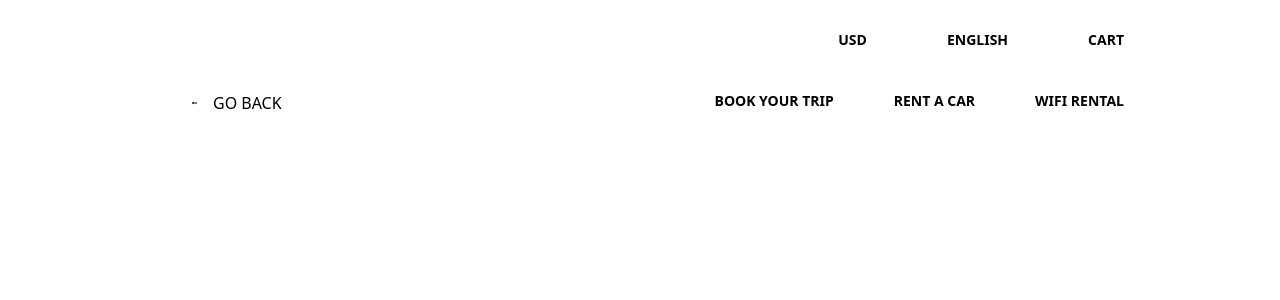
Repository: uh-sman/Iceland
Page: /
The author's editor kept a copy of each file at every save. The page is drawn from the files as they stood at one save, then again after the next save.
The browser window is 1280 px wide. The pictures show the whole page.
The project was rebuilt for these pictures with package versions that can differ from the ones it lists, and the page was loaded fresh each time.

Above is the page before, as saved 2022-09-08 21:11:42.

### src/App.js
import logo from "./logo.svg";
import "./App.css";
import { Topnav } from "./components/Topnav";
import { FullNav } from "./components/FullNav";

function App() {
  return (
    <div className="App">
      <FullNav />
    </div>
  );
}

export default App;

### src/components/Topnav.js
import React from "react";

export const Topnav = () => {
  return (
    <div className="container w-full py-[30px]">
      <nav className="absolute right-[156px]">
        <ul className="space-x-20 text-sm font-semibold">
          <a href="">USD</a>
          <a href="">ENGLISH</a>
          <a href="">CART</a>
        </ul>
      </nav>
    </div>
  );
};

### src/components/FullNav.jsx
import React from "react";
import { Bottomnav } from "./Bottomnav";
import { Topnav } from "./Topnav";

export const FullNav = () => {
  return (
    <div>
      <Topnav />
      <Bottomnav />
    </div>
  );
};

### src/components/Bottomnav.js
import React from "react";
import { FaLongArrowAltLeft } from "react-icons/fa";
export const Bottomnav = () => {
  return (
    <nav className="container w-full">
      <div className="py-[31px]">
        <div className="container">
          <h1 className="flex items-center gap-4 absolute left-[192px]">
            <FaLongArrowAltLeft className="w-[5px]" />
            <a className=" cursor-pointer font-light text-md">GO BACK</a>
          </h1>
        </div>
        <div className="container">
          <div className="absolute right-[156px]">
            <ul className="space-x-[60px] text-sm font-semibold cursor-pointer">
              <a>BOOK YOUR TRIP</a>
              <a>RENT A CAR</a>
              <a>WIFI RENTAL</a>
            </ul>
          </div>
        </div>
      </div>
    </nav>
  );
};

### tailwind.config.js
/** @type {import('tailwindcss').Config} */
module.exports = {
  content: ["./src/**/*.{html,js,jsx}"],
  theme: {
    screens: {
      sm: "480px",
      md: "768px",
      lg: "976px",
      xl: "1440px",
    },
    extend: {},
  },
  plugins: [],
};

Loaded but not shown: public/index.html (common file); src/index.js (common file); src/index.css (common file); src/App.css (common file)

After the next save:
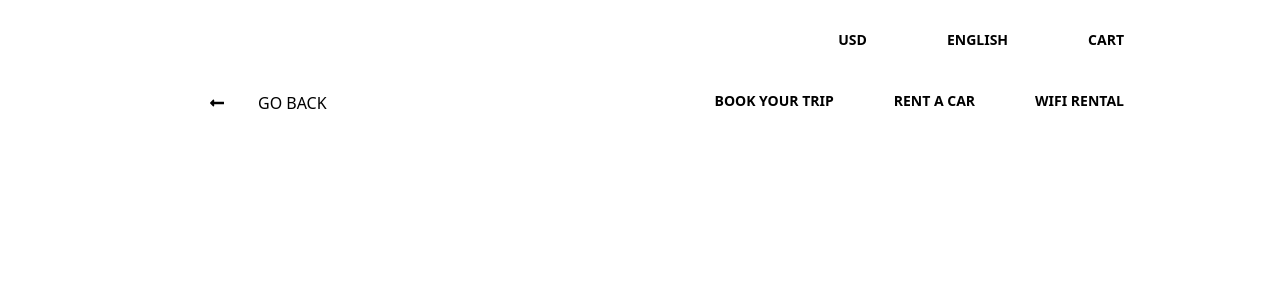
Saved 7 s later.
--- a/src/components/Bottomnav.js
+++ b/src/components/Bottomnav.js
@@ -6,7 +6,7 @@ export const Bottomnav = () => {
       <div className="py-[31px]">
         <div className="container">
           <h1 className="flex items-center gap-4 absolute left-[192px]">
-            <FaLongArrowAltLeft className="w-[5px]" />
+            <FaLongArrowAltLeft className="w-[50px]" />
             <a className=" cursor-pointer font-light text-md">GO BACK</a>
           </h1>
         </div>
